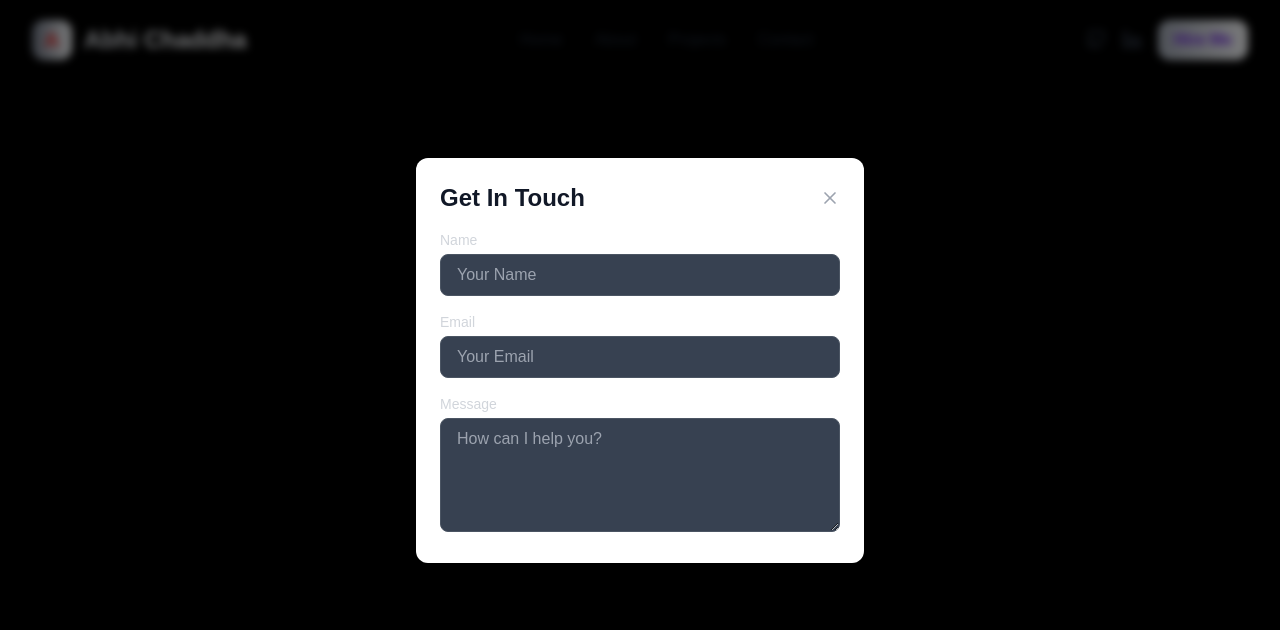
Repository: 532ab/portfolio-website
Page: /, after clicking the first element matching `button.ml-4`
These files come from the project's save history. The page is drawn as it stood at one moment and after the next save; the edit follows.
The browser window is 1280 px wide. The pictures show the whole page.
The project was rebuilt for these pictures with package versions that can differ from the ones it lists, and the page was loaded fresh each time. Also part of the build but not shown: vite.config.js.

Above is the page before, as saved 2026-01-25 13:38:59.

After the next save:
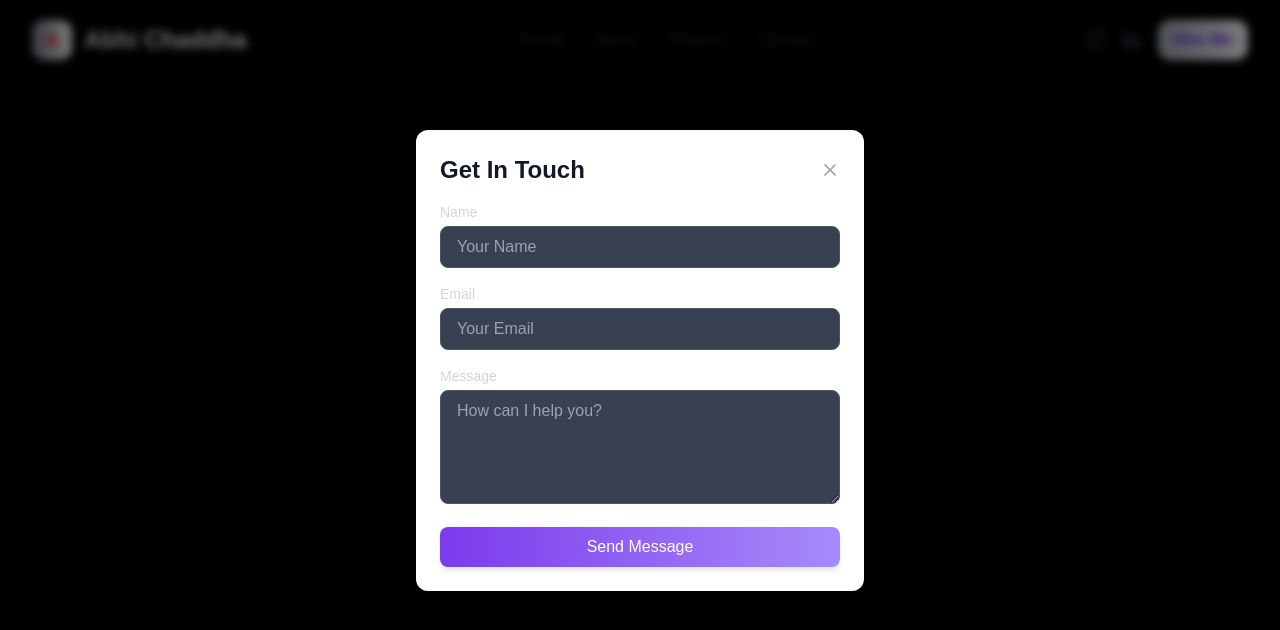
Saved 2 min 5 s later.
--- a/src/components/Header.jsx
+++ b/src/components/Header.jsx
@@ -213,6 +213,9 @@
             className="w-full px-4 py-2 border border-gray-600 rounded-lg focus:ring-2 focus:ring-violet-500 focus:border-violet-500 bg-gray-700"
           />
         </div>
+        <button className = "w-full px-4 py-2 bg-gradient-to-r from-violet-600 to-violet-400 hover:from-violet-700 hover:to-purple-700 transition-all duration-300 rounded-lg shadow-md hover:shadow-lg hover:shadow-violet-600/50">
+            Send Message
+        </button>
       </form>
     </div>
   </motion.div>
